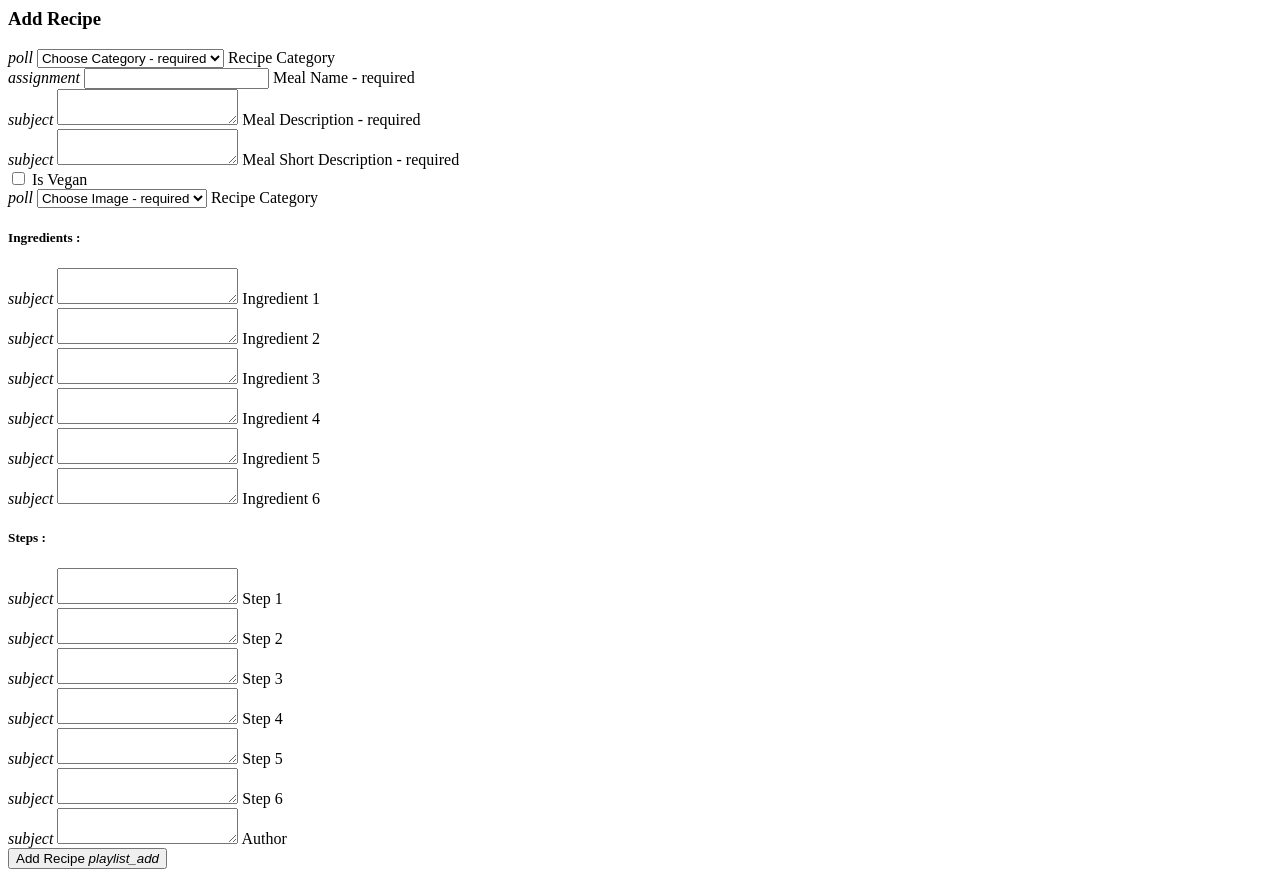
Repository: cesole/cookbook
Page: http://localhost/add_recipe
The author's editor kept a record of every edit. The page is drawn from the files as they stood at one moment, then again after the next edit.
The browser window is 1280 px wide. The pictures show the whole page.
The page is served by the project's application, run on Flask 3 (app.py). Queries for data that is not in the repository find no rows.

Above is the page before.

After the next edit:
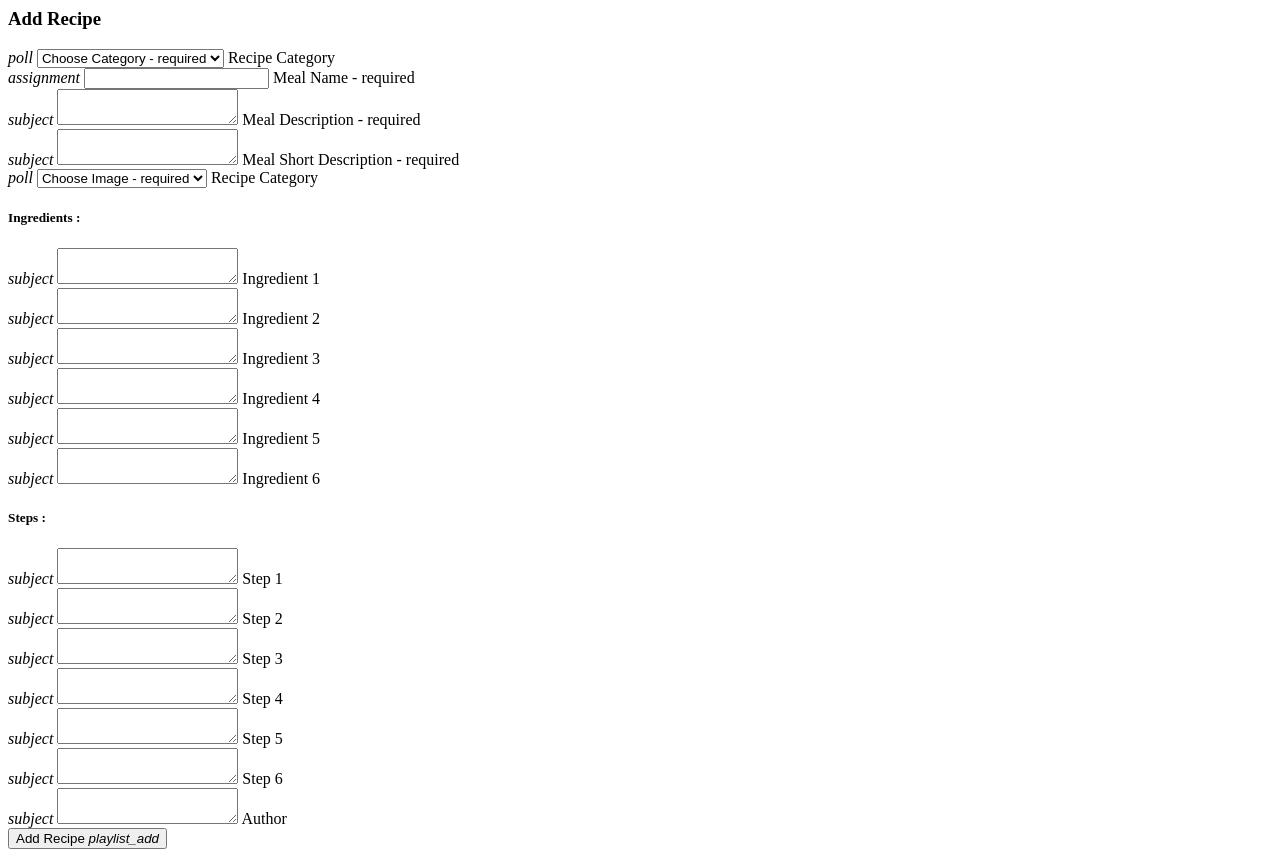
The edit:
--- a/templates/add_recipe.html
+++ b/templates/add_recipe.html
@@ -34,15 +34,6 @@
                     <i class="material-icons prefix">subject</i>
                     <textarea placeholder="" name="short_describe" id="short_describe" class="materialize-textarea" data-length="40" required></textarea>
                     <label for="icon_telephone">Meal Short Description - required</label>
-                </div>
-            </div>
-            <div class="row">
-                <div class="switch">
-                    <label>
-                        <input id="is_vegan" name="is_vegan" type="checkbox">
-                        <span class="lever"></span>
-                        Is Vegan
-                    </label>
                 </div>
             </div>
             <div class="row">
